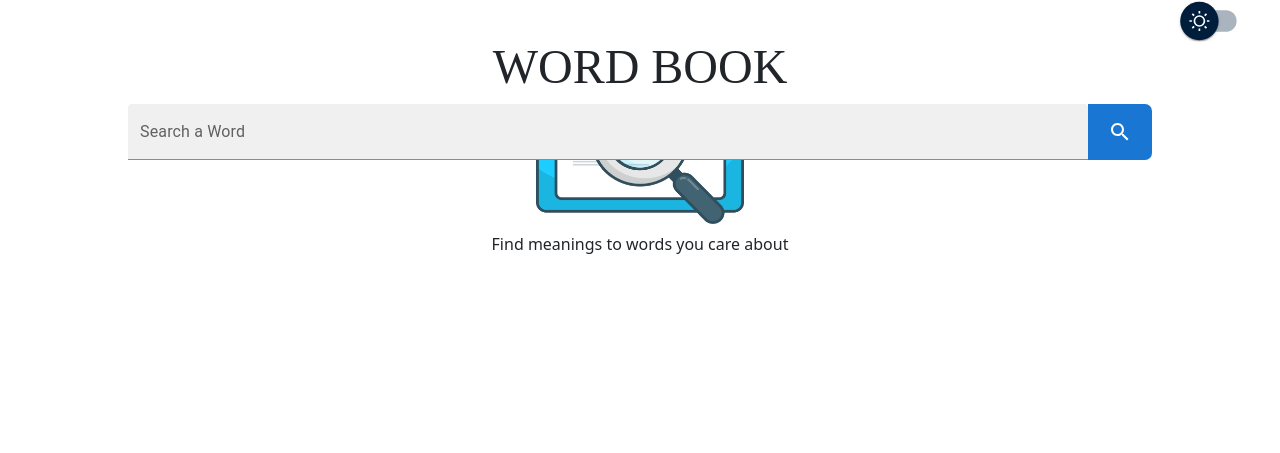
Repository: marveldev/my-dictionary
Page: /
An editor plug-in stored every save of this project. The page is shown before and after the next save, followed by the edit.
The browser window is 1280 px wide. The pictures show the whole page.
The project was rebuilt for these pictures with package versions that can differ from the ones it lists, and the page was loaded fresh each time. Also part of the build but not shown: src/components/themeSwitcher/MUISwitch.jsx.

Above is the page before, as saved 2022-05-22 16:26:06.

### public/index.html
<!DOCTYPE html>
<html lang="en">
  <head>
    <meta charset="utf-8" />
    <meta name="viewport" content="width=device-width, initial-scale=1" />
    <meta name="theme-color" content="#000000" />
    <meta
      name="description"
      content="Web site created using create-react-app"
    />
    <link href="https://cdn.jsdelivr.net/npm/bootstrap@5.1.3/dist/css/bootstrap.min.css" rel="stylesheet"
          integrity="sha384-1BmE4kWBq78iYhFldvKuhfTAU6auU8tT94WrHftjDbrCEXSU1oBoqyl2QvZ6jIW3" crossorigin="anonymous"
    />
    <link rel="apple-touch-icon" href="./icon-192x192.png" />
    <link rel="icon" href="./icon-192x192.png" />
    <link rel="manifest" href="./manifest.json" />
    <title>My Dictionary</title>
  </head>
  <body>
    <noscript>You need to enable JavaScript to run this app.</noscript>
    <div id="root"></div>
  </body>
</html>

### src/index.js
import React from 'react'
import ReactDOM from 'react-dom'
import App from './App'
import swDev from './swDev'
import './index.css'

ReactDOM.render(
  <React.StrictMode>
    <App />
  </React.StrictMode>,
  document.getElementById('root')
)
swDev()

### src/App.js
import { useState } from 'react'
import { createTheme } from '@mui/material'
import { Form, Output, ThemeSwitcher } from './components'

const App = () => {
  const [definitions, setDefinitions] = useState([])
  const [appMode, setAppMode] = useState('online')
  const [isLoading, setIsLoading] = useState(null)

  const storedTheme = localStorage.getItem('theme') || 'light'
  const [theme, setTheme] = useState(storedTheme)

  const themePalette = createTheme({
    palette: {
      mode: theme,
    },
  })

  return (
    <div className={`${theme} app`}>
      <div className="stuff">
        <ThemeSwitcher setTheme={setTheme} theme={theme} themePalette={themePalette} />
        <h1 className="text-center">{definitions?.word || 'WORD BOOK'}</h1>
        <Form
          setDefinitions={setDefinitions}
          themePalette={themePalette}
          setAppMode={setAppMode}
          setIsLoading={setIsLoading}
        />
      </div>

      <Output definitions={definitions} appMode={appMode} isLoading={isLoading} />
    </div>
  )
}

export default App

### src/swDev.js
export default function swDev() {
  let swUrl = `${process.env.PUBLIC_URL}/sw.js`
  navigator.serviceWorker.register(swUrl).then(response => {
    console.warn("response", response)
  })
}

### src/index.css
body {
  margin: 0;
}

.app {
  position: absolute;
  width: 100%;
  height: 100%;
  transition: all 0.5s linear 0s;
}

.stuff {
  position: fixed;
  top: 0;
  width: 100%;
  background: #fff;
}

h1 {
  font-size: 3em;
  font-family: 'Montserrat light', serif;
}

.form {
  width: 80%;
}

#searchButton {
  border-radius: 0 0.5em 0.5em 0;
  box-shadow: none;
}

.search-illustration {
  width: 13em;
  height: 13em;
  object-fit: contain;
}

.definition-header {
  padding: 1em 2em;
  font-family: 'Montserrat Medium', serif;
}

.volume-icon {
  transform: scale(1.8);
  color: #000;
}

.definitions-wrapper {
  width: 80%;
  /* padding-bottom: 1.5em; */
  /* height: 100vh; */
  /* max-height: 27em; */
  background: #f0f0f0;
}

.definitions-wrapper::-webkit-scrollbar {
  width: 0.5em;
}

.definitions-wrapper::-webkit-scrollbar-thumb {
  border-radius: 0.5em;
  background-color: #bbb7b7;
}

.definition {
  background: #3b5360;
}

button:active {
  transform: translateY(0.2em);
}

.dark {
  background: #282c34;
  color: #fff;
}

.dark #searchButton {
  background: #1174ff;
  color: #fff;
}

.dark .definitions-wrapper {
  background: #3b3f46;
}

.dark .definition {
  background: #355c6c;
}

.dark .volume-icon {
  color: #fff;
}

@media screen and (max-width: 628px) {
  .form {
    width: 95%;
  }

  .definition-header {
    padding: 0.5em 0;
  }

  .definitions-wrapper {
    width: 95%;
    padding: 0 1.2em;
  }
}

### src/components/index.js
export { default as Form } from './form/Form'
export { default as Output } from './output/Output'
export { default as ThemeSwitcher } from './themeSwitcher/ThemeSwitcher'

### src/components/form/Form.jsx
import { useState } from 'react'
import debounce from 'lodash.debounce'
import wordList from 'word-list-json'
import { TextField, ThemeProvider, Autocomplete, Button } from '@mui/material'
import SearchIcon from '@mui/icons-material/Search'

const Form = ({ setDefinitions, themePalette, setIsLoading, setAppMode }) => {
  const [filteredWords, setFilteredWords] = useState([])
  const [word, setWord] = useState('')

  const url = `https://api.dictionaryapi.dev/api/v2/entries/en/${word}`

  const doWordFilter = debounce(value => {
    if(value.trim().length >= 1) {
      const wordFilter = wordList?.filter(word => word.startsWith(value.toLowerCase())).slice(0, 30)
      setFilteredWords(wordFilter)
    } else {
      setFilteredWords([])
      setWord('')
      setDefinitions([])
    }
  }, 300)

  const fetchDefinition = async event => {
    event?.preventDefault()
    if (word.trim().length >= 1) {
      setIsLoading(true)

      try {
        const response = await fetch(url)
        const data = await response.json()
        if (data) {
          setIsLoading(null)
          setDefinitions(data[0])
          setAppMode('online')
        }
      } catch (error) {
        setAppMode('offline')
        setDefinitions([])
      }
    }
  }

  return (
    <ThemeProvider theme={themePalette}>
      <>
        <Autocomplete
          freeSolo
          disableClearable
          options={filteredWords.map(word => word)}
          onChange={(event, value) =>
            setWord(value)
          }
          renderInput={params =>
            <form
              className="form d-flex m-auto"
              onSubmit={event => fetchDefinition(event)}
            >
              <TextField
                {...params}
                variant="filled"
                label="Search a Word"
                onChange={event => doWordFilter(event.target.value)}
              />
              <Button type="submit" variant="contained" id="searchButton">
                <SearchIcon />
              </Button>
            </form>
          }
        />
      </>
    </ThemeProvider>
  )
}

export default Form

### src/components/output/Output.jsx
import { IconButton } from '@mui/material'
import VolumeUpIcon from '@mui/icons-material/VolumeUp'
import { searchIllustration, loader } from '../assets'

const Output = ({ definitions, isLoading, appMode }) => {
  const playWord = (url) => {
    const audio = new Audio(url)
    audio?.play()
  }

  return (
    <div className="mt-4">
      {isLoading && appMode === 'online' && (
        <div className="text-center">
          <img src={loader} alt="loading" />
        </div>
      )}

      {!isLoading && (
        <>
          {!definitions && (
            <div className="text-center fs-4">😞 we couldn't find definitions for the word you are looking for.</div>
          )}

          {definitions?.length <= 0 && (
            <div className="text-center">
              <img src={searchIllustration} className="search-illustration" alt="search illustration" />
              <p>Find meanings to words you care about</p>
            </div>
          )}

          {definitions?.meanings && (
            <div className="definitions-wrapper m-auto pb-4 rounded">
              <div className="definition-header d-flex align-items-center gap-3">
                {definitions.phonetics[0]?.audio && (
                  <IconButton onClick={() => playWord(definitions.phonetics[0]?.audio)}>
                    <VolumeUpIcon className="volume-icon" />
                  </IconButton>
                )}
                <div>
                  <p className="m-0 fs-5">{definitions?.word}</p>
                  {definitions?.phonetic && <p className="m-0">{definitions?.phonetic}</p>}
                </div>
              </div>
              <ul className="mx-lg-5 ps-0">
                {definitions?.meanings.map((meaning, index) => (
                  <li key={index}>
                    <p>"partOfSpeech": {meaning.partOfSpeech}</p>
                    {meaning.definitions?.map((data, index) => (
                      <div key={index} className="definition text-white rounded p-2 mb-3">
                        <p className="fw-bold">{data.definition}</p>
                        <p>
                          <span className="me-2 fw-bold">Example:</span>
                          {data.example}
                        </p>
                        <p className="mb-0">
                          <span className="me-2 fw-bold">Synonyms:</span>
                          {data.synonyms.join(', ')}
                        </p>
                      </div>
                    ))}
                  </li>
                ))}
              </ul>
            </div>
          )}
        </>
      )}

      {appMode === 'offline' && (
        <div className="text-center fs-4">😞 you are in offline mode or some issue with connection.</div>
      )}
    </div>
  )
}

export default Output

### src/components/themeSwitcher/ThemeSwitcher.jsx
import { FormControlLabel } from '@mui/material'
import { MaterialUISwitch } from './MUISwitch'

const ThemeSwitcher = ({ theme, setTheme, themePalette }) => {
  const switchTheme = () => {
    const currentTheme = theme === 'dark' ? 'light' : 'dark'
    setTheme(currentTheme)
    localStorage.setItem('theme', currentTheme)
  }

  return (
    <div className="text-end mx-lg-4 mt-1">
      <FormControlLabel
        label=''
        control={
          <MaterialUISwitch
            theme={themePalette}
            onChange={switchTheme}
            checked={theme === 'dark' && true}
            aria-label='switch theme'
          />
        }
      />
    </div>
  )
}

export default ThemeSwitcher

### src/components/assets/index.js
export { default as searchIllustration } from './searchIllustration.png'
export { default as loader } from './loader.svg'

After the next save:
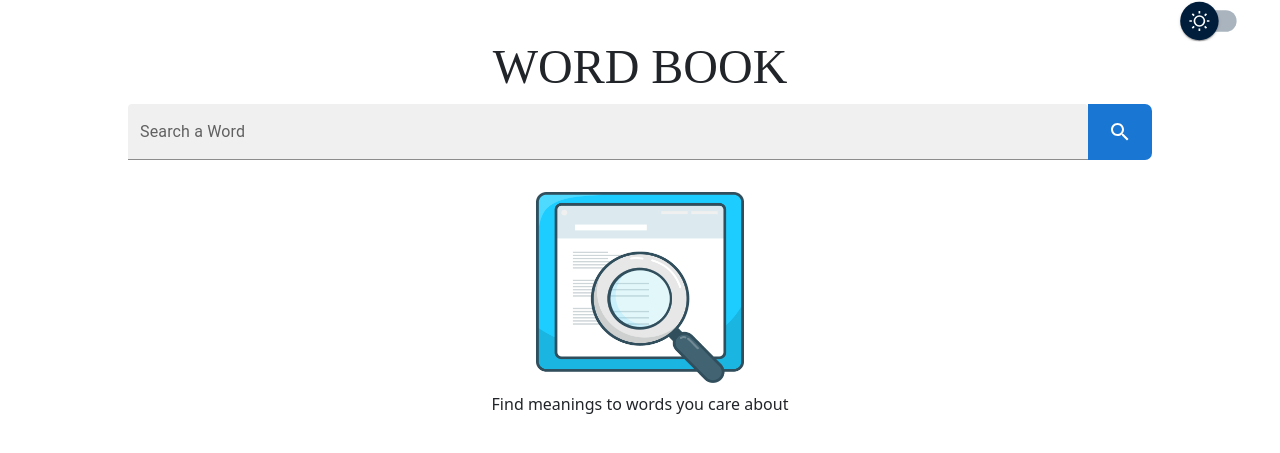
Saved 37 s later.
--- a/src/App.js
+++ b/src/App.js
@@ -18,7 +18,7 @@
 
   return (
     <div className={`${theme} app`}>
-      <div className="stuff">
+      <div className="fixed top-0 w-100">
         <ThemeSwitcher setTheme={setTheme} theme={theme} themePalette={themePalette} />
         <h1 className="text-center">{definitions?.word || 'WORD BOOK'}</h1>
         <Form

After the 3 saves that followed:
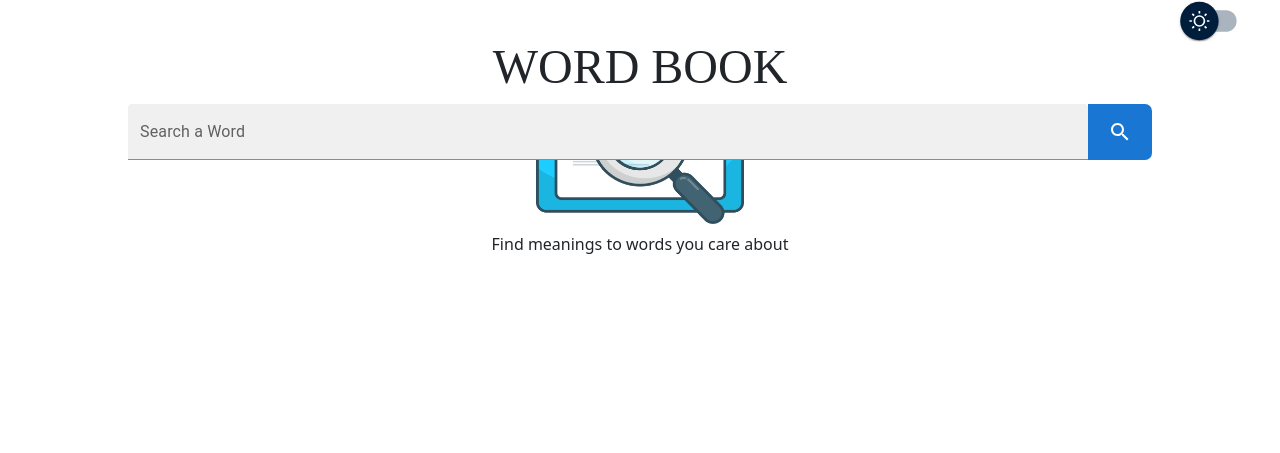
The 3 saves are shown as one change because 2 left the picture as it was.
The last was saved 64 s later.
--- a/src/App.js
+++ b/src/App.js
@@ -18,7 +18,7 @@
 
   return (
     <div className={`${theme} app`}>
-      <div className="fixed top-0 w-100">
+      <div className="top-column top-0 w-100">
         <ThemeSwitcher setTheme={setTheme} theme={theme} themePalette={themePalette} />
         <h1 className="text-center">{definitions?.word || 'WORD BOOK'}</h1>
         <Form
--- a/src/index.css
+++ b/src/index.css
@@ -9,10 +9,10 @@ body {
   transition: all 0.5s linear 0s;
 }
 
-.stuff {
+.top-column {
   position: fixed;
-  top: 0;
-  width: 100%;
+  /* top: 0; */
+  /* width: 100%; */
   background: #fff;
 }
 
